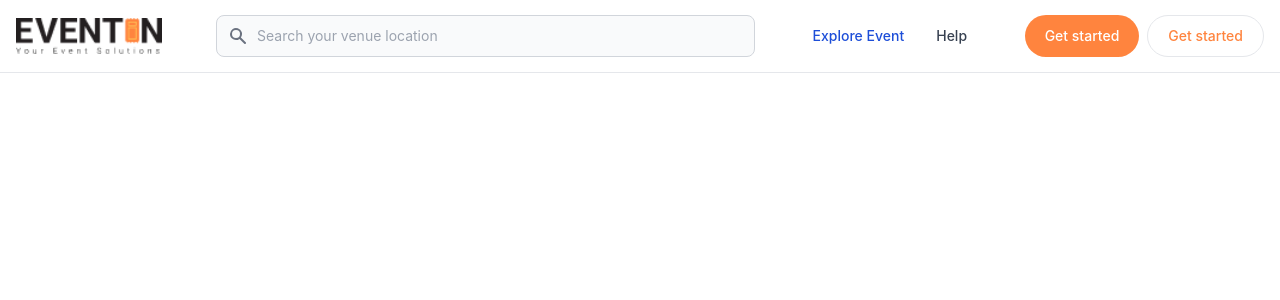
Repository: farrelmuhammad/eventon-indobild
Page: /
The author's editor kept a copy of each file at every save. The page is drawn from the files as they stood at one save, then again after the next save.
The browser window is 1280 px wide. The pictures show the whole page.
The project was rebuilt for these pictures with package versions that can differ from the ones it lists, and the page was loaded fresh each time. Also part of the build but not shown: src/App.css.

Above is the page before, as saved 2023-02-07 15:49:30.

After the next save:
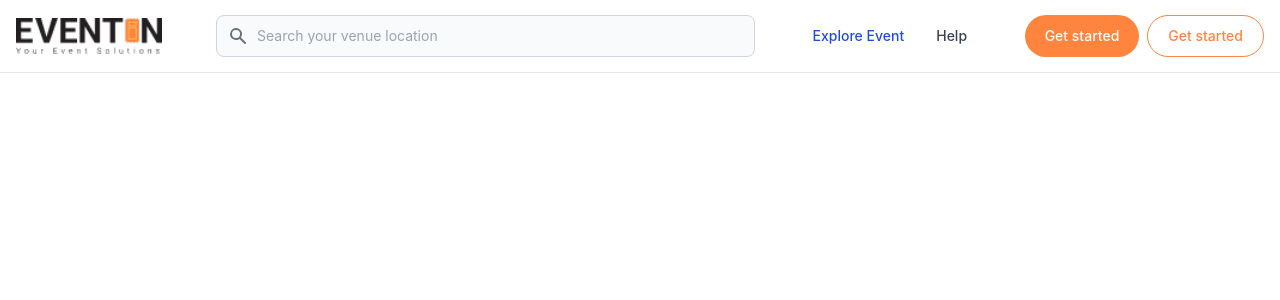
Saved 16 s later.
--- a/src/components/Navbar.jsx
+++ b/src/components/Navbar.jsx
@@ -26,7 +26,7 @@ const Navbar = () => {
 
                 <div class="flex md:order-2 gap-2">
                     <button type="button" class="text-white bg-[#FF843E] hover:bg-blue-800 focus:ring-4 focus:outline-none focus:ring-blue-300 font-medium rounded-full text-sm px-5 py-2.5 text-center mr-3 md:mr-0">Get started</button>
-                    <button type="button" class="text-[#FF843E] bg-transparent border border-blue hover:bg-blue-800 focus:ring-4 focus:outline-none focus:ring-blue-300 font-medium rounded-full text-sm px-5 py-2.5 text-center mr-3 md:mr-0">Get started</button>
+                    <button type="button" class="text-[#FF843E] bg-transparent border border-[#FF843E] hover:bg-blue-800 focus:ring-4 focus:outline-none focus:ring-blue-300 font-medium rounded-full text-sm px-5 py-2.5 text-center mr-3 md:mr-0">Get started</button>
                 </div>
                 <div class="items-center justify-between hidden w-full md:flex md:w-auto md:order-1" id="navbar-sticky">
                     <ul class="flex flex-col p-4 mt-4 border border-gray-100 rounded-lg bg-gray-50 md:flex-row md:space-x-8 md:mt-0 md:text-sm md:font-medium md:border-0 md:bg-white">
